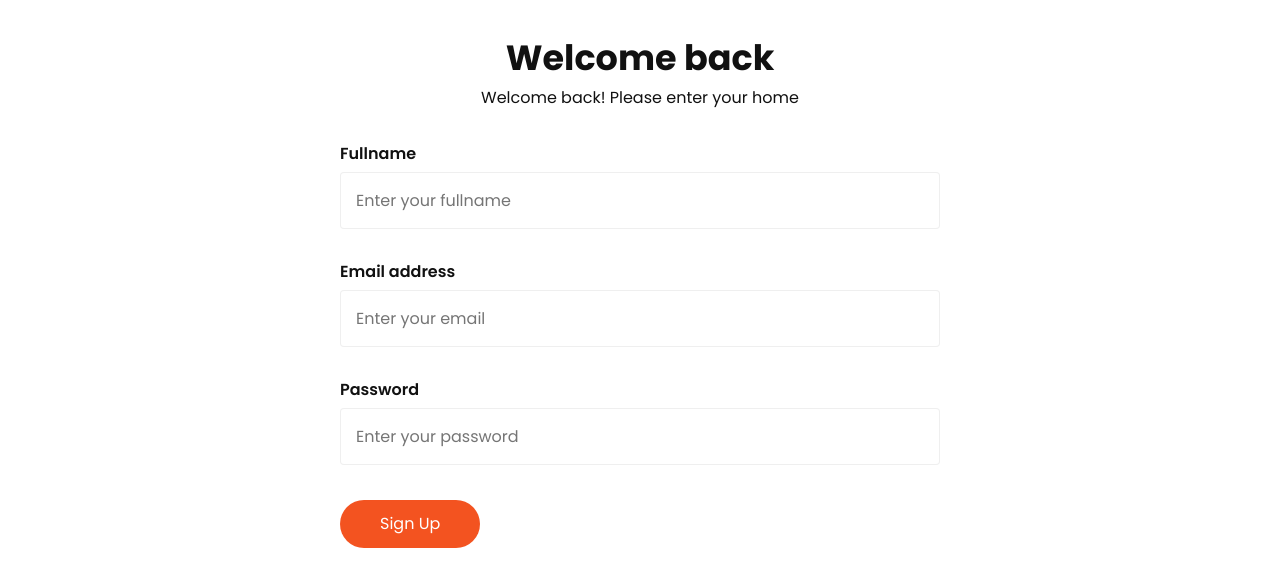
Repository: hoang0508/ReactJs-Fruits
Page: /sign-up
The author's editor kept a copy of each file at every save. The page is drawn from the files as they stood at one save, then again after the next save.
The browser window is 1280 px wide. The pictures show the whole page.
The project was rebuilt for these pictures with package versions that can differ from the ones it lists, and the page was loaded fresh each time. Also part of the build but not shown: src/Pages/NotFoundPage.js, src/hooks/useHookAPI.js, src/hooks/useLocalStrorage.js, src/components/context/Auth-Context.js, src/components/Media/Social.scss, src/components/Media/Social.js, src/components/Footer/Footercoppy.js, src/components/Footer/Footer.js and 33 more.

Above is the page before, as saved 2022-05-12 10:20:43.

### src/Pages/SignUpPage.js
import { Field } from "components/Field";
import { Input } from "components/Input";
import { Label } from "components/label";
import React from "react";
import styled from "styled-components";

const SignUpPageStyles = styled.div`
  min-height: 100vh;
  padding: 40px 0;
  .signup-content {
    text-align: center;
    margin-bottom: 40px;
  }
  .signup-heading {
    font-size: 35px;
    margin-bottom: 15px;
  }
  .form {
    max-width: 600px;
    margin: 0 auto;
  }
`;

const SignUpPage = () => {
  return (
    <SignUpPageStyles>
      <div className="signup-content">
        <h3 className="signup-heading">Welcome back</h3>
        <span className="signup-desc">
          Welcome back! Please enter your home
        </span>
      </div>
      <form className="form">
        <Field>
          <Label htmlFor="name">Fullname</Label>
          <Input
            name="fullname"
            type="text"
            placeholder="Enter your fullname"
          />
        </Field>
        <Field>
          <Label htmlFor="email">Email address</Label>
          <Input name="email" type="text" placeholder="Enter your email" />
        </Field>
        <Field>
          <Label htmlFor="password">Password</Label>
          <Input
            name="password"
            type="text"
            placeholder="Enter your password"
          />
        </Field>
        <button className="button button--primary">Sign Up</button>
      </form>
    </SignUpPageStyles>
  );
};

export default SignUpPage;

### src/components/Footer/Footer.scss
@import "../../index.scss";
.footer {
  background-color: $bg-footer;
  padding: 80px 0;
  &-list {
    display: grid;
    grid-template-columns: repeat(4, 1fr);
    grid-gap: 0 40px;
  }
  &-logo {
    span {
      color: $primary-color;
      font-size: 45px;
      font-weight: 700;
      display: inline-block;
      margin-bottom: 20px;
    }
    &--desc {
      line-height: 1.6;
      color: $text-color--tx;
      margin-bottom: 20px;
    }
  }
  &-title {
    margin-bottom: 25px;
    color: $text-color--tx;
    font-size: 20px;
  }
  &-item--instagram {
    display: grid;
    grid-template-columns: repeat(3, 1fr);
    grid-gap: 6px;
  }
  &-images--ig {
    height: 65px;
    position: relative;
    overflow: hidden;
    &:hover .footer-images--icon {
      opacity: 1;
      visibility: visible;
      overflow: hidden;
    }
    &:hover img {
      transform: scale(1.1);
    }
    img {
      width: 100%;
      height: 100%;
      object-fit: cover;
      border-radius: 5px;
      transition: all 0.25s linear;
    }
  }
  &-images--icon {
    width: 100%;
    height: 100%;
    background-color: rgba(243, 85, 32, 0.527);
    color: #fff;
    border-radius: 5px;
    display: flex;
    align-items: center;
    justify-content: center;
    font-size: 20px;
    position: absolute;
    top: 50%;
    left: 50%;
    transform: translate(-50%, -50%);
    cursor: pointer;
    opacity: 0;
    visibility: hidden;
    transition: all 0.2s ease;
  }
  &-link {
    display: inline-block;
    padding-bottom: 20px;
    color: $text-color--tx;
  }
  &-info {
    &--item {
      display: flex;
      align-items: center;
      gap: 0 20px;
      margin-bottom: 30px;
    }
    &--icon {
      color: $primary-color;
      font-size: 25px;
    }
    &--name {
      margin-bottom: 10px;
      color: $text-color--tx;
    }
  }
  &-coppy {
    padding: 30px 0;
    background-color: #021a32;
    color: #fff;
    .container {
      display: flex;
      align-items: center;
      justify-content: space-between;
    }
    &--license {
      font-size: 14px;
      span {
        color: $primary-color;
        font-size: 16px;
      }
    }
    &--help {
      display: flex;
      align-items: center;
      gap: 0 20px;
    }
  }
}

### src/components/Topdown/Topdown.scss
@import "../../index.scss";
.down {
  background-color: $text-color--tx;
  color: #fff;
  width: 50px;
  height: 50px;
  border-radius: 100rem;
  display: flex;
  align-items: center;
  justify-content: center;
  position: fixed;
  z-index: 10;
  bottom: -100px;
  right: 20px;
  transition: all 0.5s linear;
  &.active-down {
    opacity: 1;
    visibility: visible;
    bottom: 20px;
  }
}

### src/Pages/Cartpage/Cartpage.scss
@import "../../index.scss";
.cart {
  &-banner {
    min-height: 400px;
    position: relative;
    z-index: 0;
  }
  &-main {
    padding: 40px 0;
  }
  &-table {
    border-collapse: collapse;
    width: 100%;
  }
  &-table td,
  &-table th {
    padding-top: 10px;
    padding-bottom: 20px;
  }
  &-table th {
    padding: 15px;
    text-align: center;
    background-color: $primary-color;
    color: white;
  }
  &-images {
    width: 150px;
    height: 150px;
    img {
      width: 100%;
      height: 100%;
      object-fit: cover;
    }
  }
  &-item {
    margin-bottom: 10px;
    border-bottom: 1px solid $border-color;
    text-align: center;
  }
  &-total {
    max-width: 150px;
    width: 100%;
    padding: 10px 12px;
    margin-top: 20px;
    margin-left: auto;
    display: flex;
    /* justify-content: flex-end; */
    justify-content: center;
    gap: 0 10px;
    background-color: #f35320;
    color: #fff;
  }
  &-count {
    display: flex;
    align-items: center;
    justify-content: center;
  }
  &-remove {
    display: inline-flex;
    align-items: center;
    justify-content: center;
  }
}

### src/components/Header/Header.scss
@import "../../index.scss";
.header {
  &-contact {
    border-bottom: 1px solid #eee;
    .container {
      display: flex;
      justify-content: space-between;
      align-items: center;
      padding: 20px 0;
    }
  }
  &-info {
    display: flex;
    align-items: center;
    gap: 0 25px;
    &--add {
      display: flex;
      align-items: center;
      gap: 0 10px;
    }
    &--gmail {
      display: flex;
      align-items: center;
      gap: 0 10px;
    }
    &--icon {
      color: $primary-color;
    }
  }
  &-social {
    display: flex;
    align-items: center;
    gap: 0 15px;
    span {
      border: 1px solid #f3f3f3;
      width: 35px;
      height: 35px;
      border-radius: 100rem;
      display: flex;
      align-items: center;
      justify-content: center;
      transition: all 0.25s linear;
      &:hover {
        background-color: $primary-color;
        color: #fff;
        transform: translateY(-5px);
        cursor: pointer;
      }
    }
  }
  &-nav {
    padding: 20px 0;
    .container {
      display: flex;
      justify-content: space-between;
      align-items: center;
    }
  }
  &-menu {
    display: flex;
    align-items: center;
    gap: 0 30px;
    &--list {
      display: flex;
      align-items: center;
      gap: 0 30px;
    }
    &--link {
      color: $text-color--tx;
      font-weight: 500;
    }
  }
  &-cart {
    position: relative;
    &--icon {
      color: $text-color--tx;
      font-size: 28px;
    }
    &--number {
      position: absolute;
      top: -20%;
      right: -25%;
      background-color: $primary-color;
      color: #fff;
      width: 15px;
      height: 15px;
      border-radius: 100rem;
      font-size: 14px;
      display: flex;
      align-items: center;
      justify-content: center;
    }
  }
}

.is-fixed {
  position: fixed;
  top: 0;
  left: 0;
  width: 100%;
  z-index: 10;
  background-color: #fff;
  box-shadow: 0 2px 28px 0 rgba(0, 0, 0, 0.09);
  animation: fadeInDown 0.5s linear forwards;
}

@keyframes fadeInDown {
  0% {
    opacity: 0;
    transform: translateY(-20px);
  }
  100% {
    opacity: 1;
    transform: translateY(0);
  }
}

### src/components/Count/Count.scss
@import "../../index.scss";
.count {
  width: 180px;
  display: flex;
  align-items: center;
  justify-content: center;
  background-color: $bgr-color;
  border-radius: 5px;
  padding: 10px;
  cursor: pointer;
  &-value {
    width: 100px;
    text-align: center;
    background: inherit;
    font-size: 18px;
  }
}

### src/components/Product/Productdetails.scss
@import "../../index.scss";
.productD {
  &--list {
    display: flex;
    justify-content: space-between;
    gap: 0 50px;
  }
  &--left {
    width: 50%;
  }
  &--right {
    width: 60%;
  }
  &--thumb {
    margin-top: 20px;
    display: flex;
    align-items: center;
    gap: 0 10px;
  }
  &--imgThumb {
    height: 80px;
    border: 1px solid $border-color;
    border-radius: 5px;
    padding: 5px;
    cursor: pointer;
    img {
      width: 100%;
      height: 100%;
      object-fit: cover;
    }
  }
  &--title {
    font-size: 25px;
    font-weight: 700;
    color: $text-color--tx;
    margin-bottom: 15px;
  }
  &--price {
    display: flex;
    align-items: center;
    gap: 0 5px;
    margin-bottom: 10px;
  }
  &--priceNew {
    color: $text-color--tx;
  }
  &--priceOld {
    text-decoration: line-through;
  }
  &--vote {
    display: flex;
    align-items: center;
    gap: 0 10px;
    margin-bottom: 20px;
  }
  &--star {
    display: flex;
    align-items: center;
    gap: 0 2px;
    color: $primary-color;
  }
  &--desc {
    color: $text-color--tx;
    line-height: 1.5;
    margin-bottom: 15px;
  }
  &--cart {
    display: flex;
    align-items: center;
    gap: 0 40px;
    margin-bottom: 30px;
  }
  &-btn {
    padding: 15px;
    background-color: $bgr-color;
    margin-top: 20px;
    width: 100%;
    cursor: pointer;
    transition: all 0.25s linear;
    border-radius: 5px;
    &:hover {
      background-color: $primary-color;
      color: #fff;
    }
  }
  &-social {
    margin-top: 25px;
    display: flex;
    align-items: center;
    gap: 0 15px;
  }
}

.active-image {
  border-color: $primary-color;
  border-width: 2px;
}

### src/Pages/Detailpage/Info.scss
@import "../../index.scss";
.info {
  padding: 20px 0 40px;
  &-tab {
    display: flex;
    align-items: center;
    gap: 0 15px;
    margin-bottom: 10px;
    cursor: pointer;
    &--title {
      border: 1px solid $border-color;
      padding: 15px 30px;
    }
  }
  &-content {
    max-width: 800px;
    padding: 20px;
    border: 1px solid $border-color;
    &--desc {
      display: none;
    }
    &--review {
      display: none;
    }
  }
  &__heading {
    display: inline-block;
    padding-right: 20px;
    font-size: 23px;
    font-weight: 700;
    color: $text-color--tx;
    margin-bottom: 20px;
    position: relative;
    &::before {
      content: "";
      position: absolute;
      width: 50px;
      height: 3px;
      background-color: $primary-color;
      left: 100%;
      top: 50%;
    }
  }
  &-customer {
    &__item {
      margin-bottom: 25px;
    }
    &__people {
      display: flex;
      align-items: center;
      gap: 0 20px;
      margin-bottom: 15px;
    }
    &__image {
      width: 50px;
      height: 50px;
      img {
        width: 100%;
        height: 100%;
        object-fit: cover;
        border-radius: 100rem;
      }
    }
    &__name {
      color: $text-color--tx;
      font-size: 18px;
    }
    &__date {
      color: $secondary-color;
      margin-bottom: 10px;
    }
    &__desc {
      color: $text-color--tx;
      line-height: 1.5;
      margin-bottom: 15px;
    }
    &__star {
      color: $secondary-color;
      display: flex;
      align-items: center;
    }
  }
}

.active-tabs {
  background-color: $primary-color;
  color: #fff;
  transition: all 0.25s linear;
}

.active-content {
  display: block;
}

.write {
  &-form {
    &--group {
      display: flex;
      align-items: center;
      gap: 0 30px;
      margin-bottom: 20px;
    }
    &--input,
    &--textarea {
      border: 1px solid $border-color;
      padding: 12px;
      border-radius: 5px;
      width: 100%;
      transition: all 0.25s ease;
      &:focus {
        border-color: $primary-color;
      }
    }
  }
}

### src/components/Banner/Banner.scss
@import "../../index.scss";
.banner {
  min-height: 100vh;
  padding: 0 0 40px;
  padding: 150px;
  &-heading {
    color: $primary-color;
    margin-bottom: 20px;
    font-size: 20px;
  }
  &-title {
    max-width: 600px;
    width: 100%;
    color: #fff;
    font-weight: 700;
    font-size: 70px;
    line-height: 1.2;
    margin-bottom: 25px;
  }
  &-desc {
    max-width: 700px;
    width: 100%;
    color: #fff;
    line-height: 1.6;
    margin-bottom: 30px;
  }
  &-btn {
    display: flex;
    align-items: center;
    gap: 0 25px;
  }
  &-fruits {
    padding: 60px 0;
    margin-bottom: 100px;
    position: relative;
    &--images {
      img {
        height: 100%;
        object-fit: cover;
        margin: 0 auto;
        text-align: center;
      }
    }
    &--shape {
      .shape1 {
        position: absolute;
        top: 20px;
        left: 20px;
        height: 300px;
        animation: shapeTop 3s linear infinite;
        img {
          width: 100%;
          height: 100%;
          object-fit: cover;
        }
      }
      .shape3 {
        position: absolute;
        top: 20px;
        right: 20px;
        height: 150px;
        animation: shapeTop 3s linear infinite;
        img {
          width: 100%;
          height: 100%;
          object-fit: cover;
        }
      }
      .shape2 {
        position: absolute;
        bottom: 20px;
        left: 20px;
        height: 100px;
        animation: shapeBottom 3s linear infinite;

        img {
          width: 100%;
          height: 100%;
          object-fit: cover;
        }
      }
      .shape4 {
        position: absolute;
        bottom: 20px;
        right: 20px;
        height: 100px;
        animation: shapeZoom 3s linear infinite;

        img {
          width: 100%;
          height: 100%;
          object-fit: cover;
        }
      }
    }
  }
}

@keyframes shapeTop {
  50% {
    transform: translateY(20px);
  }
  100% {
    transform: translateY(0px);
  }
}

@keyframes shapeBottom {
  50% {
    transform: translateX(20px);
  }
  100% {
    transform: translateX(0px);
  }
}

@keyframes shapeZoom {
  20% {
    transform: scale(0.5);
  }
  50% {
    transform: scale(1.1);
  }
  100% {
    transform: scale(1);
  }
}

### src/components/Banner/BannerCrops.scss
@import "../../index.scss";
.banner-crops {
  min-height: 100vh;
  padding-top: 100px;
  &--content {
    max-width: 800px;
    background-color: #fff;
    padding: 50px;
    margin-left: auto;
  }
  &--txt {
    color: $primary-color;
    margin-bottom: 20px;
    font-size: 20px;
    display: inline-block;
  }
  &--heading .page-center {
    text-align: left;
    max-width: 700px;
    margin-bottom: 20px;
  }
  &--heading .page-desc {
    text-align: left;
  }
}

### src/components/layout/Feedback/Feedback.scss
@import "../../../index.scss";
.banner-feedback {
  min-height: 100vh;
  position: relative;
  z-index: 1;
  &--heading {
    padding: 40px 0;
    .page-heading {
      color: #fff;
      font-weight: 600;
    }
    .page-desc {
      color: #fff;
    }
  }
  &--list {
    max-width: 800px;
    width: 100%;
    padding: 20px 10px;
    margin: 0 auto;
    background-color: $secondary-color;
    border-radius: 20px;
  }
  &--item {
    display: flex;
    justify-content: center;
    align-items: center;
    flex-direction: column;
    background-color: $secondary-color;
  }
  &--images {
    width: 150px;
    height: 150px;
    img {
      width: 100%;
      height: 100%;
      object-fit: cover;
      border-radius: 100rem;
    }
  }
  &--content {
    color: #fff;
    margin-top: 30px;
    text-align: center;
  }
  &--name {
    margin-bottom: 15px;
    font-size: 22px;
  }
  &--job {
    margin-bottom: 15px;
    font-size: 14px;
  }
  &--desc {
    font-style: italic;
    line-height: 1.6;
    font-size: 14px;
  }
}

### src/components/layout/LastesBlog/LastestBlog.scss
@import "../../../index.scss";
.LastestBlog {
  padding: 100px 0;
  &-list {
    display: grid;
    grid-template-columns: repeat(3, 1fr);
    grid-gap: 0 40px;
  }
  &-item {
    background-color: #fff;
    border-radius: 10px;
    overflow: hidden;
    box-shadow: rgba(100, 100, 111, 0.2) 0px 7px 29px 0px;
    display: flex;
    flex-direction: column;
    cursor: pointer;
    &:hover .LastestBlog-content::before {
      height: 100%;
    }
    &:hover .LastestBlog-title {
      color: #fff;
    }
    &:hover .LastestBlog-more {
      color: #fff;
    }
    &:hover .LastestBlog-date {
      background-color: $primary-color;
      color: #fff;
    }
    &:hover .LastestBlog-images img {
      transform: scale(1.2);
    }
  }
  &-images {
    height: 270px;
    position: relative;
    img {
      width: 100%;
      height: 100%;
      object-fit: cover;
      transition: all 0.3s linear;
    }
  }
  &-date {
    position: absolute;
    bottom: 0;
    padding: 12px 25px;
    border-radius: 0 5px 0 0;
    background-color: #ffffff;
  }
  &-content {
    padding: 20px 10px;
    position: relative;
    isolation: isolate;
    overflow: hidden;
    margin-top: auto;
    &::before {
      content: "";
      position: absolute;
      top: 0;
      left: 0;
      background-color: $primary-color;
      width: 100%;
      height: 0;
      z-index: -1;
      transition: all 0.3s linear;
    }
  }
  &-title {
    margin-bottom: 15px;
    line-height: 1.5;
    font-size: 20px;
    font-weight: 700;
    color: #111111;
    transition: all 0.3s linear;
  }
  &-more {
    color: $primary-color;
    transition: all 0.3s linear;
  }
}

### src/components/layout/Subscribe/Subscribe.scss
@import "../../../index.scss";
.subscribe {
  margin-bottom: 100px;
  background-color: #fafafa;
  &-container {
    min-height: 250px;
    display: flex;
    align-items: center;
    gap: 0 100px;
  }
  &-content {
    width: 60%;
    .page-center {
      max-width: 700px;
      text-align: left;
    }
    .page-desc {
      text-align: left;
    }
  }
  &-input {
    background: none;
  }
  &-email {
    width: 60%;
    padding: 5px 10px;
    display: flex;
    justify-content: space-between;
    background-color: #f3f3f3;
    border: 1px solid #f3f3f3;
    border-radius: 5px;
  }
}

### src/components/Box/Checkbox.scss
@import "../../index.scss";

.checkbox_input {
  display: none;
}

.checkbox_input:checked + .checkbox_label::after {
  opacity: 1;
  visibility: visible;
}

.checkbox_label {
  position: relative;
  padding-left: 50px;
  cursor: pointer;
}

.checkbox_label::before {
  content: "";
  position: absolute;
  width: 30px;
  height: 30px;
  background-color: $primary-color;
  left: 0;
  top: 50%;
  transform: translateY(-50%);
  display: flex;
  justify-content: center;
  align-items: center;
  border-radius: 3px;
}

.checkbox_label::after {
  content: "";
  position: absolute;
  top: 3px;
  left: 6px;
  width: 20px;
  height: 10px;
  transform: rotate(-45deg);
  border-left: 3px solid white;
  border-bottom: 3px solid white;
  opacity: 0;
  visibility: hidden;
  transition: all 0.25s linear;
}

### src/components/Accordion/Accordion.scss
@import "../../index.scss";
.accordion {
  max-width: 500px;
  margin-bottom: 20px;
  &-header {
    display: flex;
    justify-content: space-between;
    align-items: center;
    color: #292e49;
    font-weight: 600;
    border: 1px solid $primary-color;
    border-radius: 5px;
    padding: 10px;
    cursor: pointer;
  }
  &-content {
    height: 0;
    overflow: hidden;
    transition: all 0.2s ease;
    &--active {
      margin-top: 15px;
      padding: 5px 10px;
      line-height: 1.5;
      font-size: 14px;
      border: 1px solid $primary-color;
      height: auto;
    }
  }
}

### src/components/Modal/ModalPd.scss
@import "../../index.scss";
.modalP {
  position: fixed;
  inset: 0;
  background-color: rgba(0, 0, 0, 0.5);
  z-index: 20;
  &-content {
    position: absolute;
    top: 50%;
    left: 50%;
    transform: translate(-50%, -50%);
    max-width: 850px;
    width: 100%;
    padding: 15px 20px;
    background-color: #fff;
    border-radius: 5px;
    position: relative;
    &--close {
      position: absolute;
      top: 10px;
      right: 10px;
      background-color: $primary-color;
      color: #fff;
      width: 30px;
      height: 30px;
      display: flex;
      justify-content: center;
      align-items: center;
      border-radius: 5px;
      cursor: pointer;
    }
  }
}

### src/components/button/Button.js
import React from "react";
import styled from "styled-components";

const ButtonStyles = styled.button`
  max-width: ${(props) => props.maxWidth};
`;
const Button = ({ chilren, className = "", maxWidth = "" }) => {
  return (
    <ButtonStyles maxWidth={maxWidth} className={className}>
      {chilren}
    </ButtonStyles>
  );
};

export default Button;

Loaded but not shown: public/index.html (common file); src/reportWebVitals.js (common file); src/components/Input/index.js (common file); src/components/label/index.js (common file); src/components/button/index.js (common file); src/config/RoutersConfig.js (46 lines, source omitted); src/index.js (24 lines, source omitted); src/components/Input/Input.js (33 lines, source omitted); src/components/Field/Field.js (18 lines, source omitted); src/components/label/Label.js (17 lines, source omitted); src/App.js (12 lines, source omitted); src/utils/contains.js (6 lines, source omitted); src/components/Field/index.js (3 lines, source omitted); src/index.scss (250 lines, source omitted); src/components/Product/Product.scss (119 lines, source omitted)

After the next save:
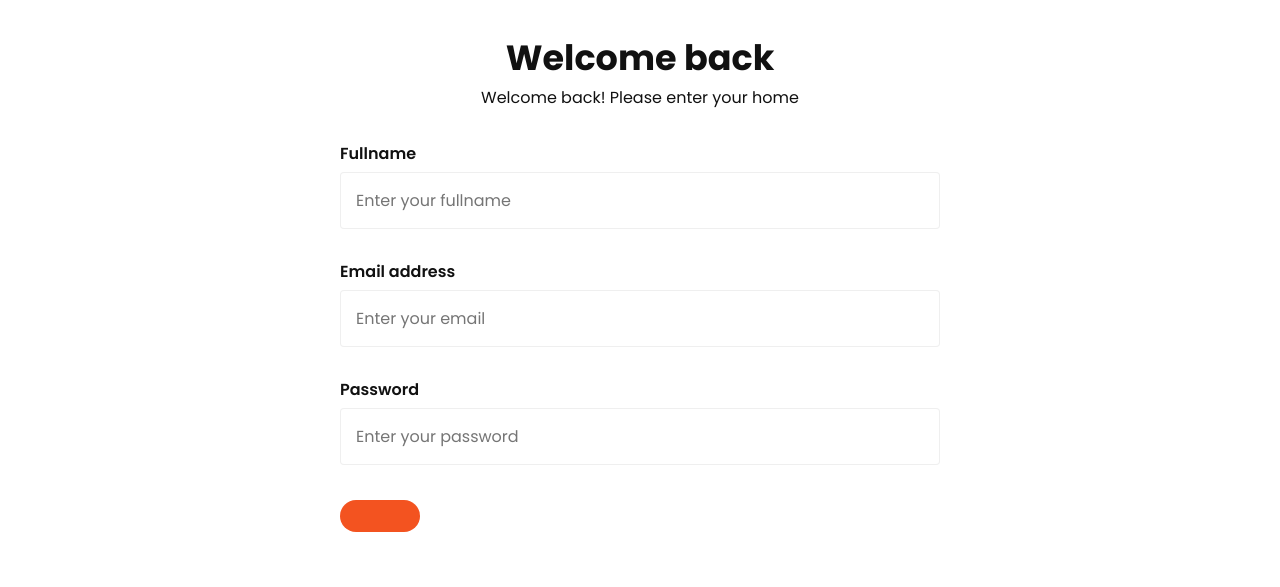
Saved 18 s later.
--- a/src/Pages/SignUpPage.js
+++ b/src/Pages/SignUpPage.js
@@ -1,3 +1,4 @@
+import { Button } from "components/button";
 import { Field } from "components/Field";
 import { Input } from "components/Input";
 import { Label } from "components/label";
@@ -51,7 +52,9 @@ const SignUpPage = () => {
             placeholder="Enter your password"
           />
         </Field>
-        <button className="button button--primary">Sign Up</button>
+        <Button maxWidth="300px" className="button button--primary">
+          Sign Up
+        </Button>
       </form>
     </SignUpPageStyles>
   );

After the save that followed:
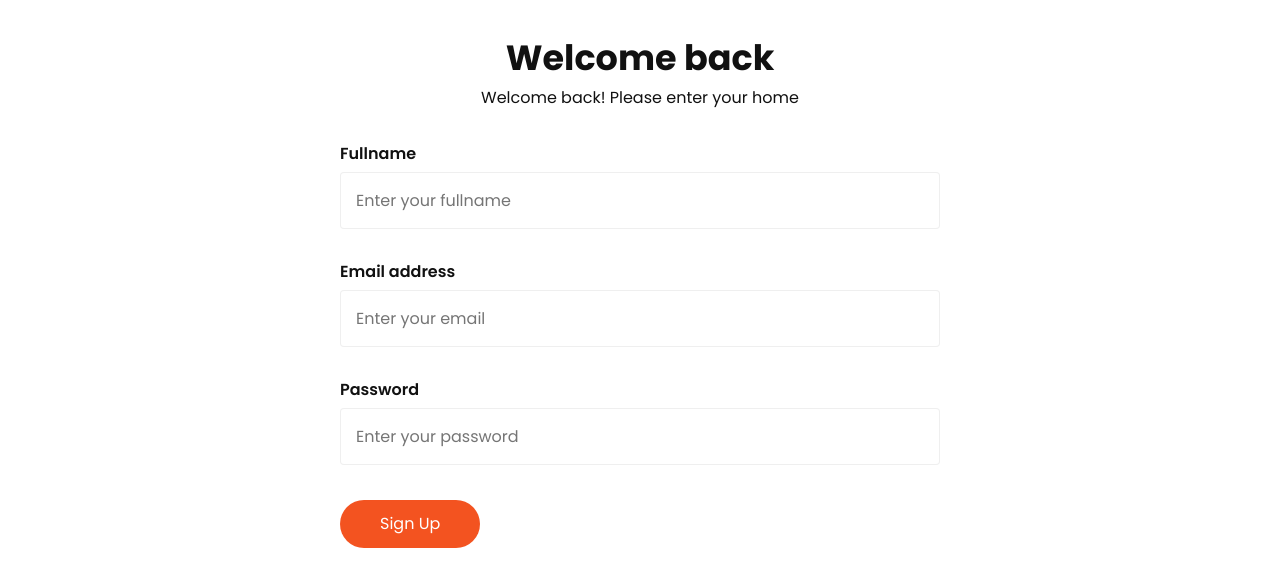
Saved 18 s later.
--- a/src/components/button/Button.js
+++ b/src/components/button/Button.js
@@ -4,10 +4,10 @@ import styled from "styled-components";
 const ButtonStyles = styled.button`
   max-width: ${(props) => props.maxWidth};
 `;
-const Button = ({ chilren, className = "", maxWidth = "" }) => {
+const Button = ({ children, className = "", maxWidth = "" }) => {
   return (
     <ButtonStyles maxWidth={maxWidth} className={className}>
-      {chilren}
+      {children}
     </ButtonStyles>
   );
 };
